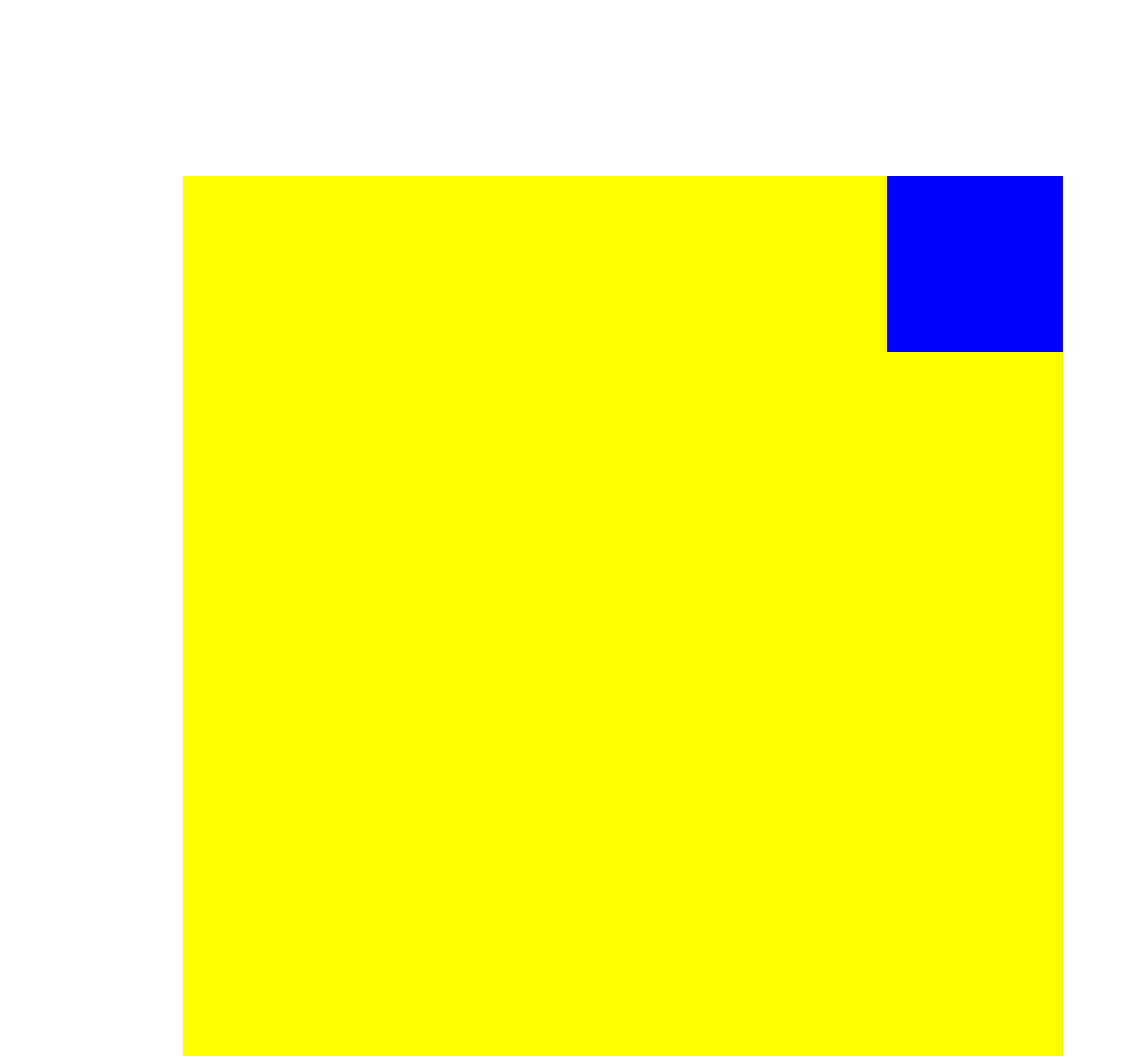
Repository: MMXiaohang/frontend-interview-coding
Page: 56.扇形.html
The author's editor kept a copy of each file at every save. The page is drawn from the files as they stood at one save, then again after the next save.
The browser window is 1280 px wide. The pictures show the whole page, at 88% of full size.

Above is the page before, as saved 2022-08-12 00:01:07.

After the next save:
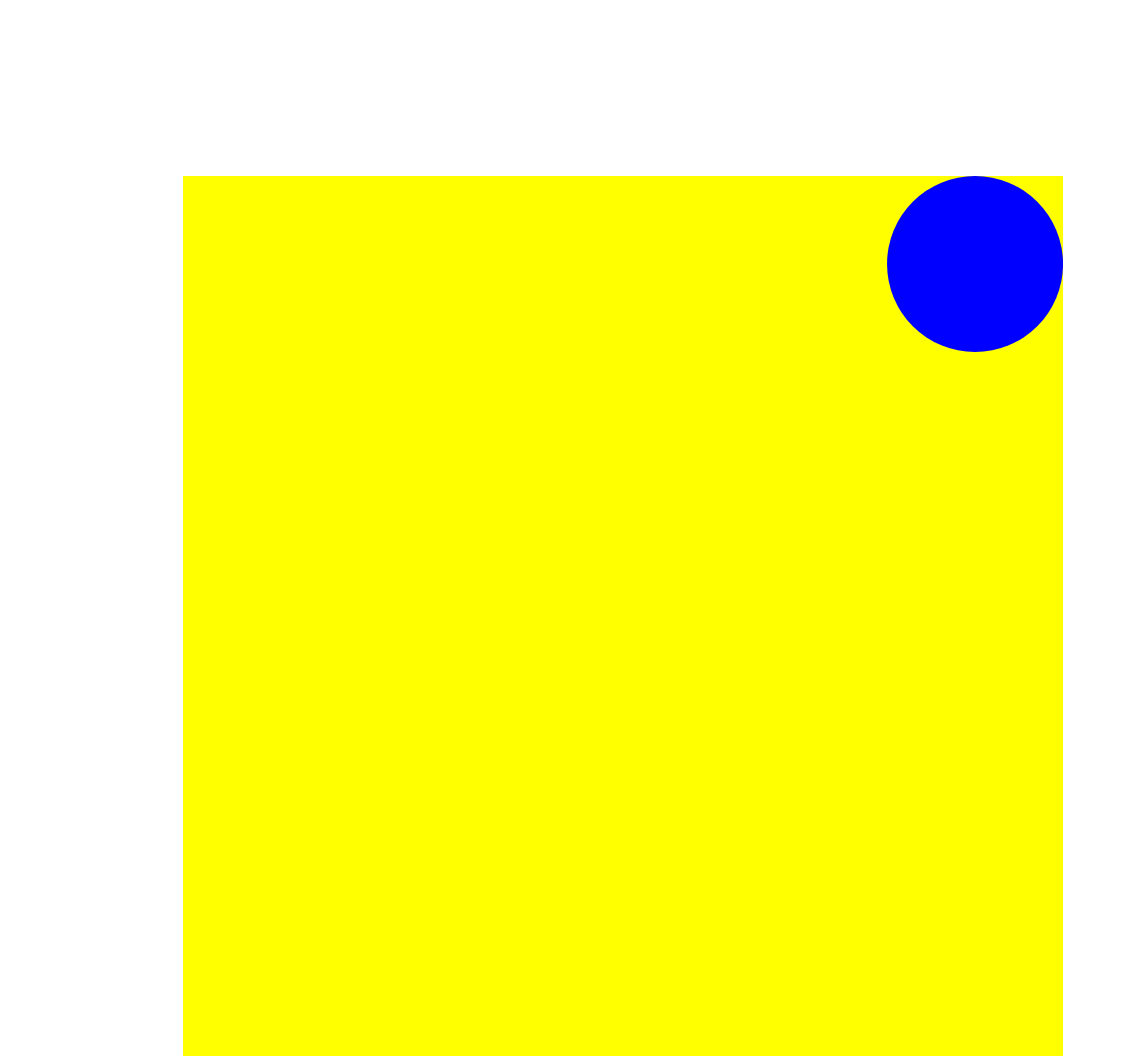
Saved 15 s later.
--- a/56.扇形.html
+++ b/56.扇形.html
@@ -22,7 +22,7 @@
             top: 0;
             width: 200px;
             height: 200px;
-            /* border-radius: 50%; */
+            border-radius: 50%;
             background-color: blue;
             overflow: hidden;
         }
